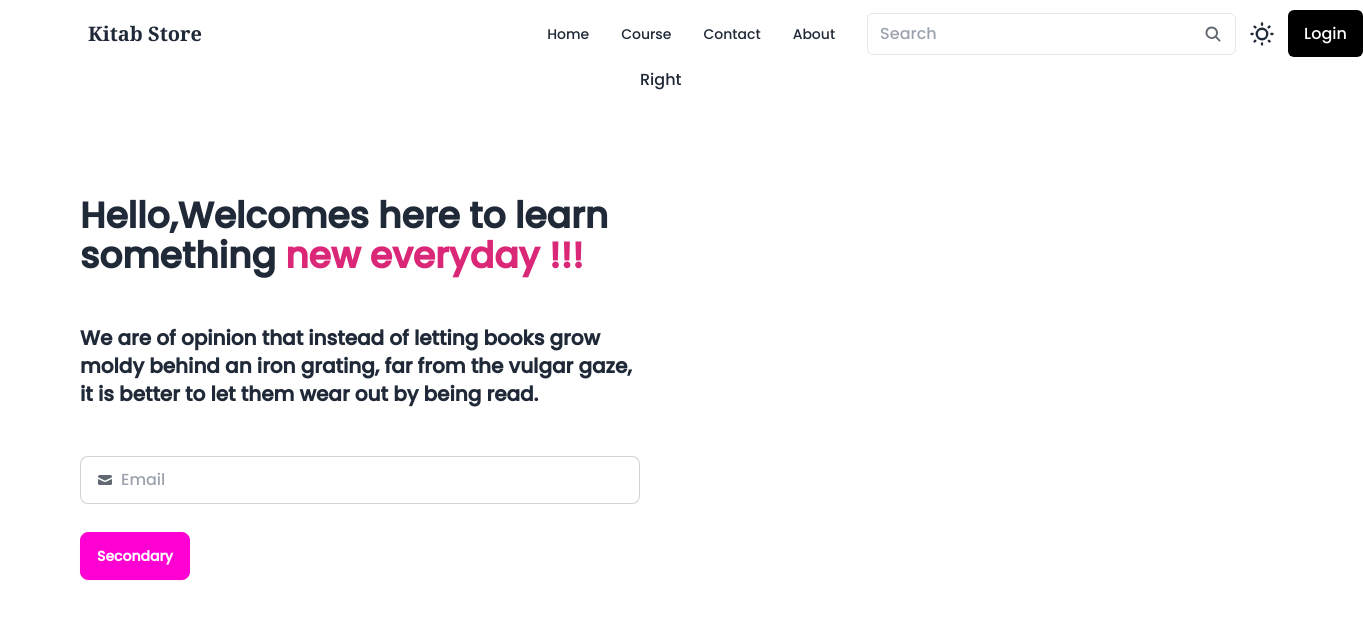
Repository: diensy/Kitab.com
Page: / (app in Frontend/)
An editor plug-in stored every save of this project. The page is shown before and after the next save, followed by the edit.
The browser window is 1280 px wide. The page is 1363 px wide, so the pictures cover 1363 px, including what lies to the right of the window. The pictures show the whole page.
The project was rebuilt for these pictures with package versions that can differ from the ones it lists, and the page was loaded fresh each time. Also part of the build but not shown: Frontend/vite.config.js.

Above is the page before, as saved 2024-07-28 23:35:27.

After the next save:
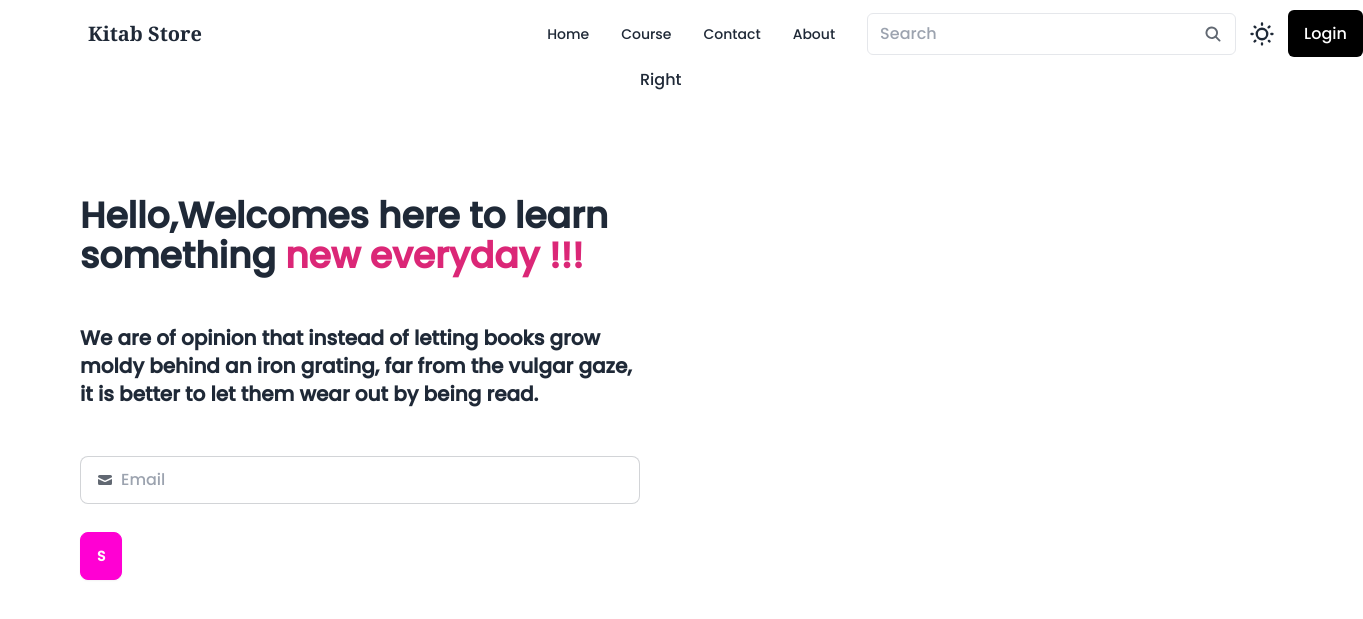
Saved 17 s later.
--- a/Frontend/src/Components/Banner.jsx
+++ b/Frontend/src/Components/Banner.jsx
@@ -28,7 +28,7 @@ const Banner = () => {
             </svg>
             <input type="text" className="grow" placeholder="Email" />
           </label>
-          <button className="btn btn-secondary mt-7">Secondary</button>
+          <button className="btn btn-secondary mt-7">S</button>
         </div>
         <div className="w-full md:w-1/2">Right</div>
       </div>
